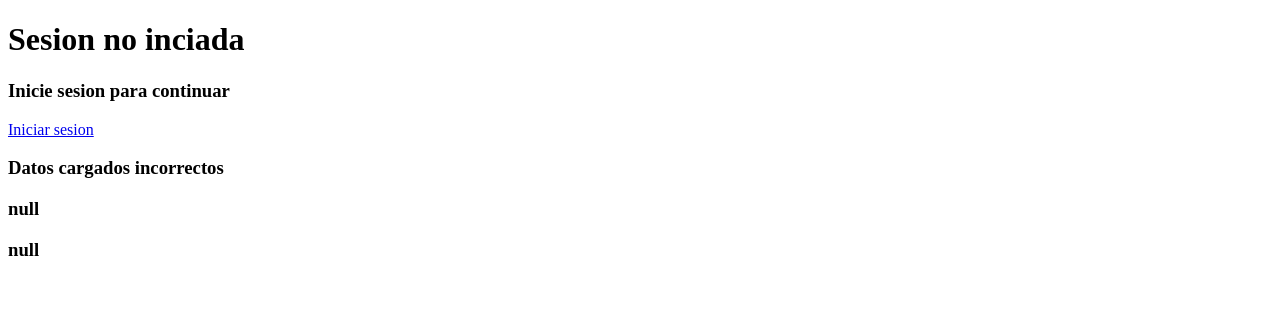
Repository: maxigarrett/2doAnio2doCuatrimestre
Page: http://localhost/primeraWeb1/ManejoSesiones/cargaDatos.jsp
An editor plug-in stored every save of this project. The page is shown before and after the next save, followed by the edit.
The browser window is 1280 px wide. The pictures show the whole page.
The page is served by Tomcat 9.

Above is the page before, as saved 2020-11-07 00:54:58.

After the next save:
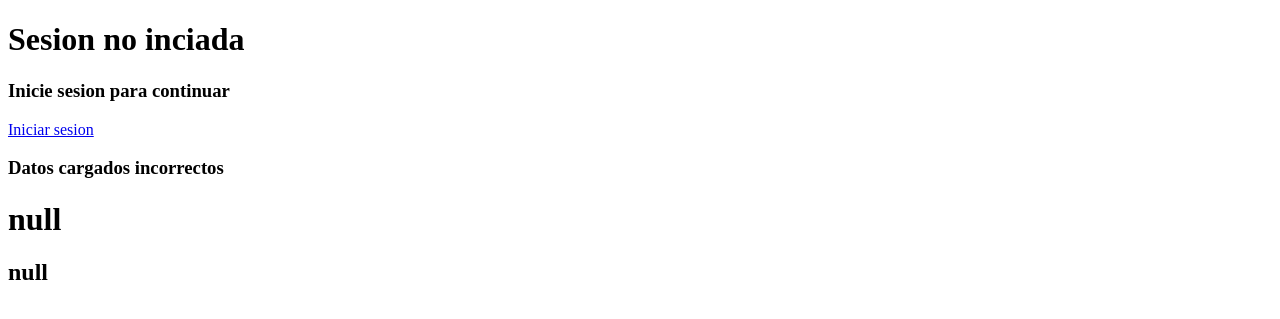
Saved 38 s later.
--- a/tec java eclipse/primeraWeb1/WebContent/ManejoSesiones/cargaDatos.jsp
+++ b/tec java eclipse/primeraWeb1/WebContent/ManejoSesiones/cargaDatos.jsp
@@ -39,8 +39,8 @@
 		String pc=(String) session.getAttribute("pcgamer");
 		String estandarpc=(String) session.getAttribute("pcestandar");
 
-		out.print("<h3>"+ pc +"</h3>");
-		out.print("<h3>"+ estandarpc +"</h3>");
+		out.print("<h1>"+ pc +"</h1>");
+		out.print("<h2>"+ estandarpc +"</h2>");
 
 	%>
 
